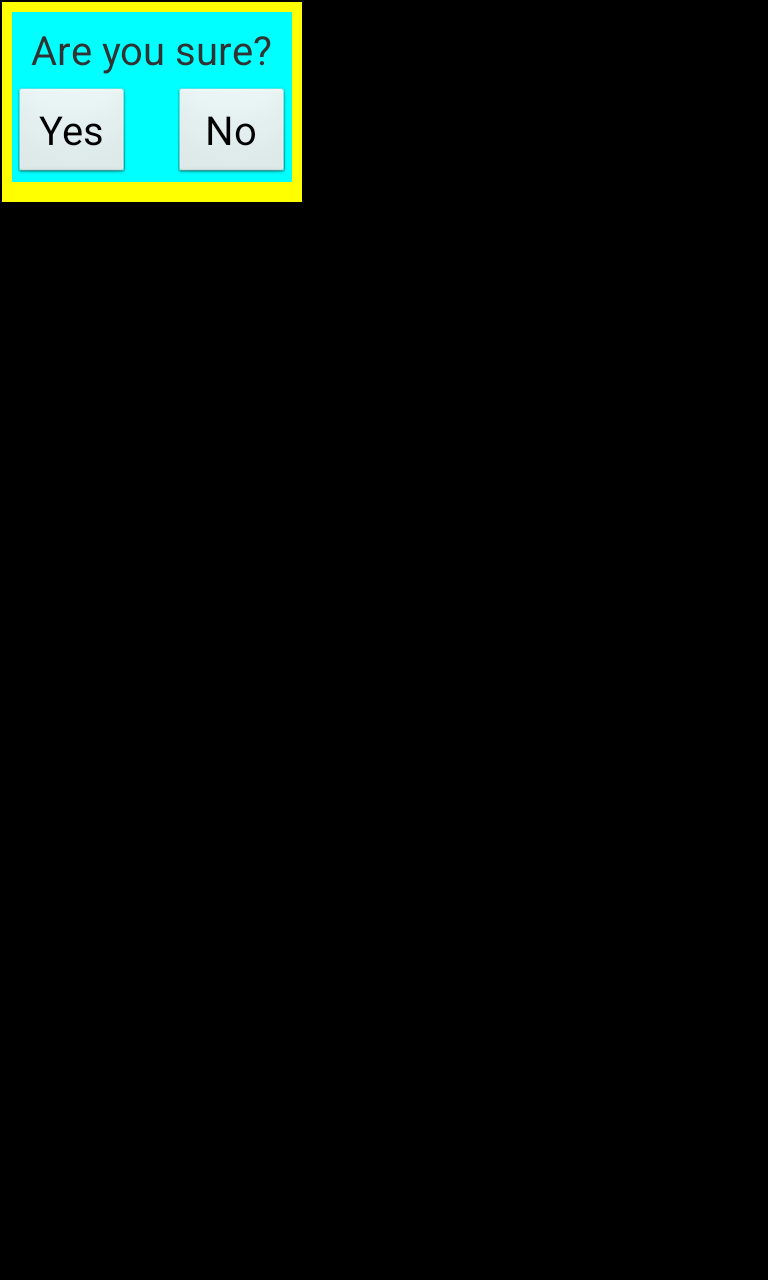
Repository: jwisch91/CS390-Project
Layout: workspace/testing/res/layout/confirmation_popup.xml
The author's editor kept a copy of each file at every save. The layout is drawn from the files as they stood at one save, then again after the next save.
It is drawn on a 768 x 1280 px phone screen (xhdpi) without system bars, with theme android:Theme.Light; the app's code is not run.

Above is the layout before, as saved 2013-04-12 03:56:14.

After the next save:
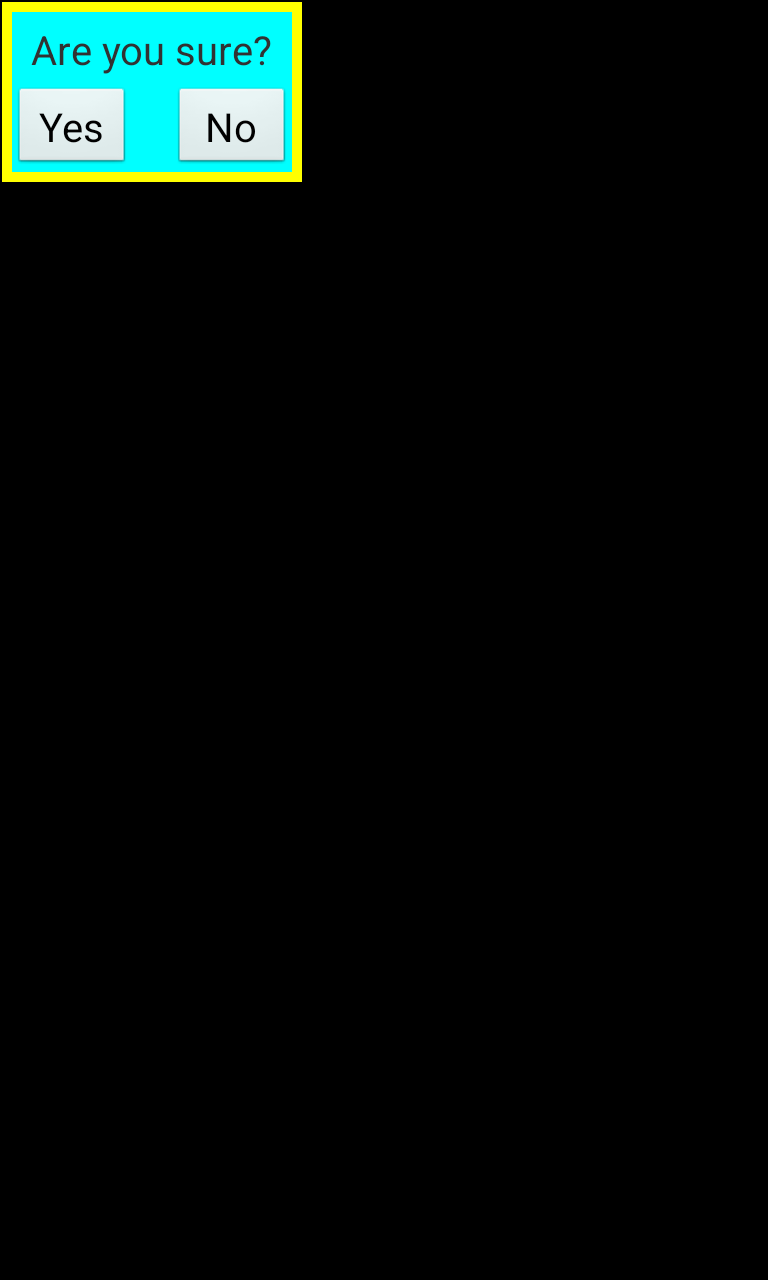
Saved 10 s later.
--- a/workspace/testing/res/layout/confirmation_popup.xml
+++ b/workspace/testing/res/layout/confirmation_popup.xml
@@ -6,7 +6,7 @@
     android:background="#000000">
  <LinearLayout
      android:layout_width="150dp"
-     android:layout_height="100dp"
+     android:layout_height="90dp"
      android:orientation="vertical"
      android:layout_margin="1dp"
      android:background="#FFFF00">
